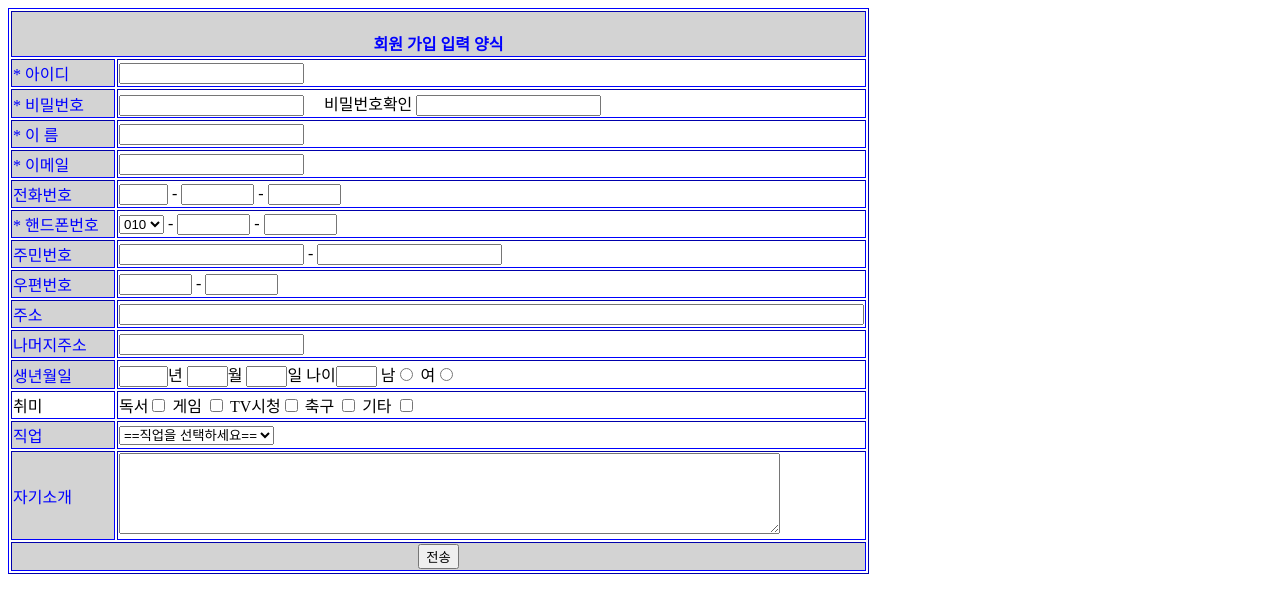
Repository: vkfkstptkd1/WebProgramming
Page: ch3_FormTag/WebContent/In_Form.html
These files come from the project's save history. The page is drawn as it stood at one moment and after the next save; the edit follows.
The browser window is 1280 px wide. The pictures show the whole page.

Above is the page before, as saved 2021-03-20 08:51:39.

After the next save:
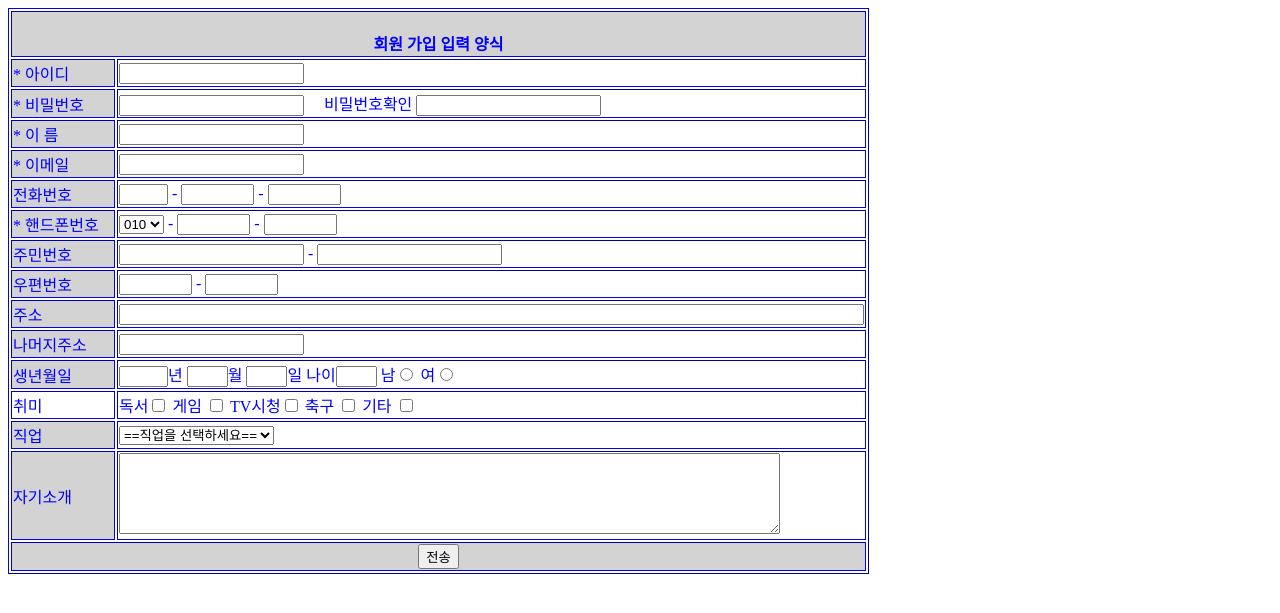
Saved 4 min 17 s later.
--- a/ch3_FormTag/WebContent/In_Form.html
+++ b/ch3_FormTag/WebContent/In_Form.html
@@ -4,29 +4,29 @@
 <meta charset="EUC-KR">
 <title>First Practice : In_ Form</title>
 <style type="text/css">
-.borderstyle{border-color:blue;}
+.style1{border-color:blue;color:blue;}
 .style0{color:blue;background-color:lightgrey;}
 </style>
 </head>
 <body>
 <form action= "In_Form_ok.jsp" method="post">
-	<table class="borderstyle" border="1">
+	<table class="style1" border="1">
 	<tr><th class="style0" colspan=2><br>회원 가입 입력 양식</th></tr><!--표제목  -->
 	<tr><td class="style0" width= "100"> * 아이디</td>
 		<td width="500"> <input type="text" name="id"></td>
 	</tr>
 	<tr><td class="style0"> * 비밀번호</td>
-		<td> <input type="text" name="pwd"> &nbsp;&nbsp;&nbsp;&nbsp;비밀번호확인 <input type="text" name="pwdok">
+		<td class="style1"> <input type="text" name="pwd"> &nbsp;&nbsp;&nbsp;&nbsp;비밀번호확인 <input type="text" name="pwdok">
 		</td>
 	</tr>
 	<tr><td class="style0"> * 이 름</td>
-		<td> <input type="text" name="name"></td>
+		<td class="style1"> <input type="text" name="name"></td>
 	</tr>
 	<tr><td class="style0"> * 이메일</td>
-		<td> <input type="text" name="email"></td>
+		<td class="style1"> <input type="text" name="email"></td>
 	</tr>
 	<tr><td class="style0"> 전화번호</td>
-		<td><input type="text" name="homenumber" size=3>
+		<td class="style1"><input type="text" name="homenumber" size=3>
 			-
 			<input type="text" name="homenumber" size=6>
 			-
@@ -34,7 +34,7 @@
 		</td>
 	</tr>
 	<tr><td class="style0"> * 핸드폰번호</td>
-		<td>
+		<td class="style1">
 		<SELECT NAME="phonenumber1">
 		<OPTION VALUE="010">010</OPTION>
 		<OPTION VALUE="011">011</OPTION>
@@ -47,21 +47,23 @@
 		</td>
 	</tr>
 	<tr><td class="style0"> 주민번호</td>
-		<td> <input type="text" name="ssn1">
+		<td class="style1">
+			 <input type="text" name="ssn1">
 			 -
 			 <input type="text" name="ssn2">
 		</td>
 	</tr>
 	<tr><td class="style0"> 우편번호</td>
-		<td> <input type="text" name="pn1" size=6>
+		<td class="style1">
+			 <input type="text" name="pn1" size=6>
 			 -
 			 <input type="text" name="pn2" size=6></td>
 	</tr>
 	<tr><td class="style0"> 주소</td>
-		<td> <input type="text" name="ad" size=90 ></td>
+		<td class="style1"> <input type="text" name="ad" size=90 ></td>
 	</tr>
 	<tr><td class="style0"> 나머지주소</td>
-		<td> <input type="text" name="remainderad"></td>
+		<td class="style1"> <input type="text" name="remainderad"></td>
 	</tr>
 	<tr><td class="style0"> 생년월일</td>
 		<td> <input type="text" name="year" size=3>년
@@ -72,8 +74,9 @@
 			 여<input type="radio" name="gender" value="여">
 		</td>
 	</tr>
-	<tr><td > 취미</td>
-		<td> 독서<input type="checkbox" name="hobby" value="독서">
+	<tr><td class="style1"> 취미</td>
+		<td class="style1">
+			 독서<input type="checkbox" name="hobby" value="독서">
 			 게임	<input type="checkbox" name="hobby" value="게임">
 		   TV시청<input type="checkbox" name="hobby" value="TV시청">
 			 축구	<input type="checkbox" name="hobby" value="축구">
@@ -92,7 +95,9 @@
 	    </td>
 	</tr>
 	<tr><td class="style0"> 자기소개</td>
-		<td > <textarea name="intro" rows=5 cols=80 ></textarea></td>
+		<td class="style1">
+		<textarea name="intro" rows=5 cols=80 ></textarea>
+		</td>
 	</tr>
 	<tr>
 		<td class="style0" colspan="2"><center><input type="submit" value="전송" ></center></td>
